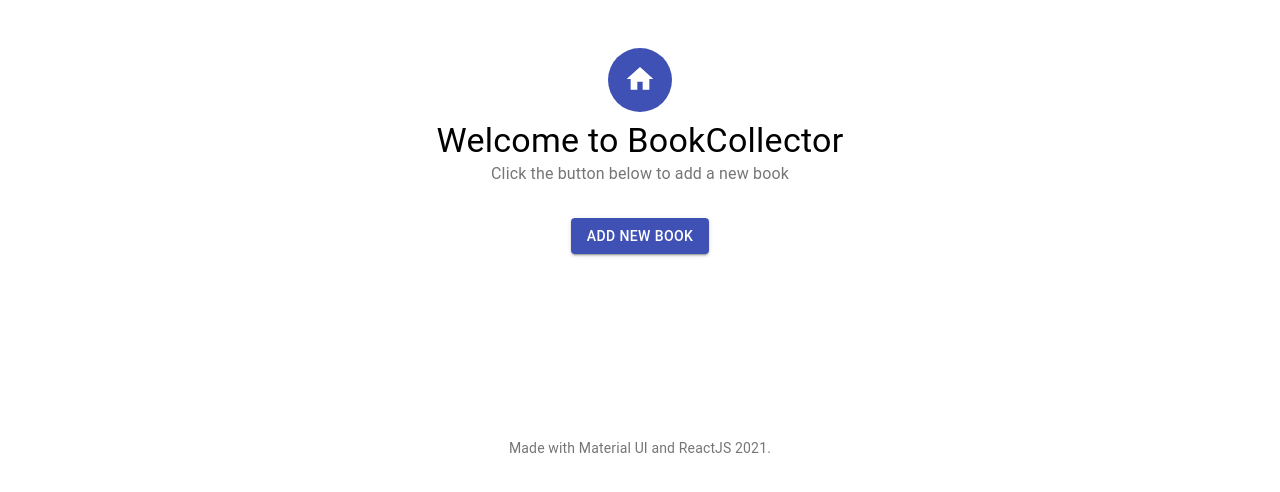
Repository: Colo-Codes/mini-project-react-book-collector
Page: /
The author's editor kept a copy of each file at every save. The page is drawn from the files as they stood at one save, then again after the next save.
The browser window is 1280 px wide. The pictures show the whole page.
The project was rebuilt for these pictures with package versions that can differ from the ones it lists, and the page was loaded fresh each time. Also part of the build but not shown: src/Books/BooksGridItem.js, src/Books/AddBookForm.js.

Above is the page before, as saved 2021-08-25 13:32:27.

### src/App.js
import React, { useState } from 'react';

import { Box, Button, makeStyles } from '@material-ui/core';
import { Home } from '@material-ui/icons';

import AddBookForm from './Books/AddBookForm';
import Copyright from './UI/Copyright';
import Header from './UI/Header';
import BooksGrid from './Books/BooksGrid';

const useStyles = makeStyles(theme => ({
  paper: {
    marginTop: theme.spacing(5),
    marginBottom: theme.spacing(15),
    display: 'flex',
    flexDirection: 'column',
    alignItems: 'center',
  },
  icon: {
    color: 'white',
    width: theme.spacing(4),
    height: theme.spacing(4),
  },
  button: {
    marginTop: theme.spacing(4),
  },
  grid: {
    marginTop: theme.spacing(4),
  }
}));

function App() {
  const [showAddBookForm, setShowAddBookForm] = useState(false);
  const [bookList, setBookList] = useState('');

  const classes = useStyles();

  const addNewBookHandler = () => {
    setShowAddBookForm(true);
  }

  const hideFormHandler = () => {
    setShowAddBookForm(false);
  }

  // 'Lifting state up' function
  const newBookHandler = newBook => {
    setBookList(prevBook => [...prevBook, newBook]);
  }

  // 'Lifting state up' function
  const deleteBookHandler = bookId => {
    setBookList(prevBook => prevBook.filter(book => book.id !== bookId));
  }

  return (
    <React.Fragment>
      <header className={classes.paper}>
        {showAddBookForm && <AddBookForm onNewBook={newBookHandler} onHideForm={hideFormHandler} />} {/* Conditional Rendering */}
        {!showAddBookForm && <Header headerIcon={<Home className={classes.icon} />} headerContent={'Welcome to BookCollector'} textContent={'Click the button below to add a new book'} />} {/* Conditional Rendering */}
        {!showAddBookForm && <Button variant="contained" color="primary" onClick={addNewBookHandler} className={classes.button} >Add new book</Button>} {/* Conditional Rendering */}
      </header>
      <main>
        <BooksGrid bookList={bookList} onDeleteBook={deleteBookHandler} />
      </main>
      <footer>
        <Box mt={8}><Copyright /></Box>
      </footer>
    </React.Fragment>
  );
}

export default App;

### src/UI/Copyright.js
import { Typography } from "@material-ui/core";
import { Link } from "@material-ui/core";

function Copyright() {
    return (
        <Typography variant="body2" color="textSecondary" align="center">
            {'Made with '}
            <Link color="inherit" href="https://material-ui.com/" target="_blank">
                Material UI
            </Link>{' and '}
            <Link color="inherit" href="https://reactjs.org/" target="_blank">
                ReactJS
            </Link>{' '}
            {new Date().getFullYear()}
            {'.'}
        </Typography>
    );
}

export default Copyright;

### src/UI/Header.js
import { Avatar, Typography, makeStyles } from "@material-ui/core";
import { Home } from '@material-ui/icons';

const useStyles = makeStyles(theme => ({
    paper: {
        // marginTop: theme.spacing(10),
        display: 'flex',
        flexDirection: 'column',
        alignItems: 'center',
    },
    avatar: {
        margin: theme.spacing(1),
        width: theme.spacing(8),
        height: theme.spacing(8),
        backgroundColor: theme.palette.primary.main,
    },
    lightGray: {
        color: theme.palette.text.secondary,
    },
}));

const Header = props => {
    const classes = useStyles();

    return (
        <div className={classes.paper}>
            <Avatar className={classes.avatar}>
                <div className={classes.icon}>{props.headerIcon}</div>
            </Avatar>
            <Typography variant="h4" component="h2">{props.headerContent}</Typography>
            <Typography variant="body1" className={classes.lightGray}>{props.textContent}</Typography>
        </div>
    );
}

export default Header;

### src/Books/BooksGrid.js
import { Container, Grid } from '@material-ui/core';
import { useState } from 'react';
import BooksGridItem from './BooksGridItem';

const BooksGrid = props => {

    return (
        <Container>
            <Grid container>
                {props.bookList.length > 0 && props.bookList.map(bookItem =>
                    <BooksGridItem key={bookItem.id} id={bookItem.id} title={bookItem.title} author={bookItem.author} onDelete={props.onDeleteBook} />
                )}
            </Grid>
        </Container>
    );
}

export default BooksGrid;

Loaded but not shown: public/index.html (common file); src/index.js (common file); src/index.css (common file)

After the next save:
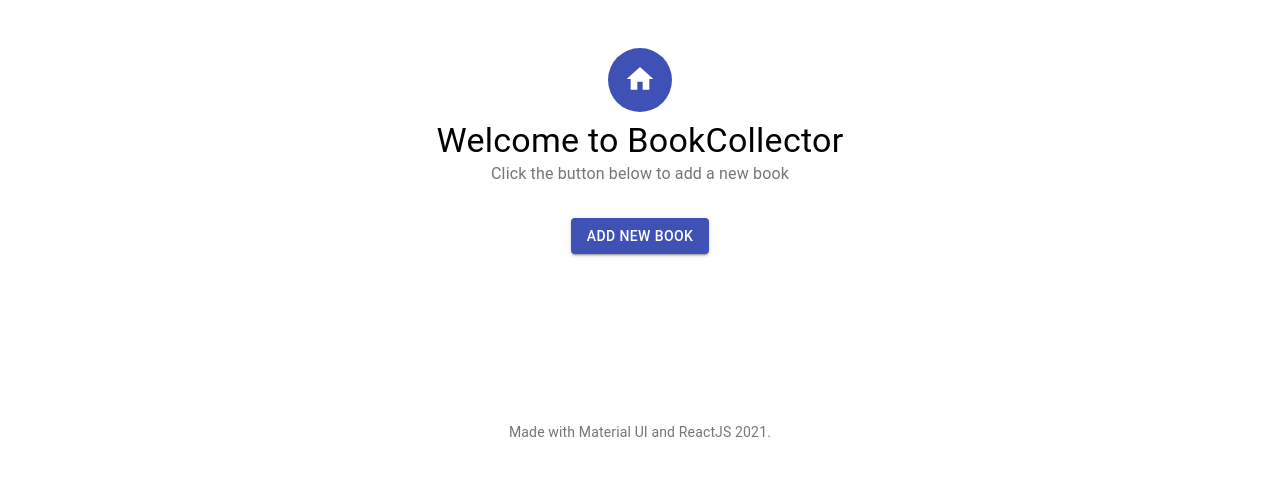
Saved 11 s later.
--- a/src/Books/BooksGrid.js
+++ b/src/Books/BooksGrid.js
@@ -6,7 +6,7 @@ const BooksGrid = props => {
 
     return (
         <Container>
-            <Grid container>
+            <Grid container spacing={2}>
                 {props.bookList.length > 0 && props.bookList.map(bookItem =>
                     <BooksGridItem key={bookItem.id} id={bookItem.id} title={bookItem.title} author={bookItem.author} onDelete={props.onDeleteBook} />
                 )}
